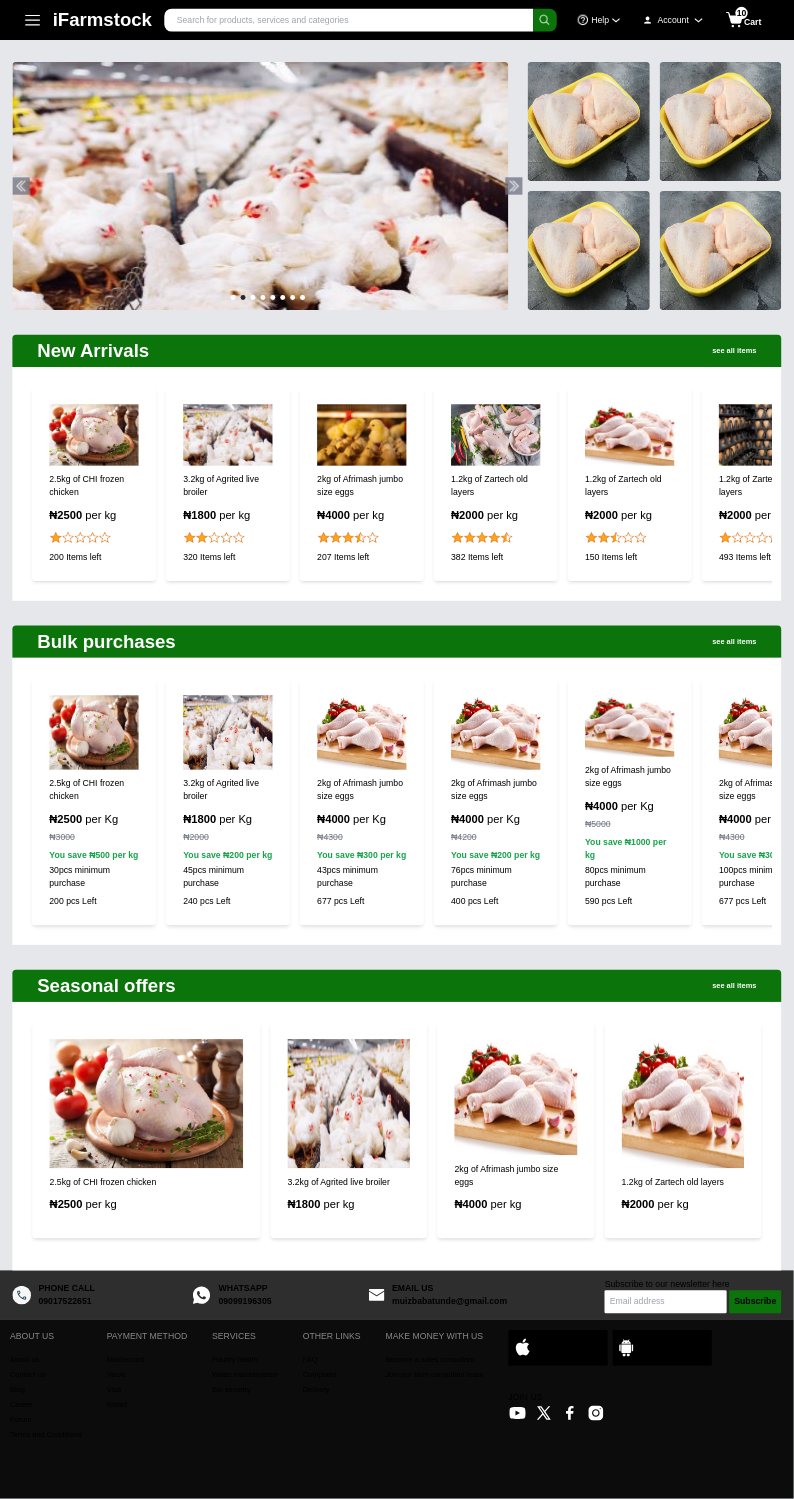
Repository: IssaMuiz/ifarmstock
Page: /
An editor plug-in stored every save of this project. The page is shown before and after the next save, followed by the edit.
The browser window is 1280 px wide. The pictures show the whole page, at 62% of full size.
The project was rebuilt for these pictures with package versions that can differ from the ones it lists, and the page was loaded fresh each time. The framework's server and built-in components were replaced by stand-ins that run in the browser. Also part of the build but not shown: next.config.mjs.

Above is the page before, as saved 2024-09-04 06:37:09.

After the next save:
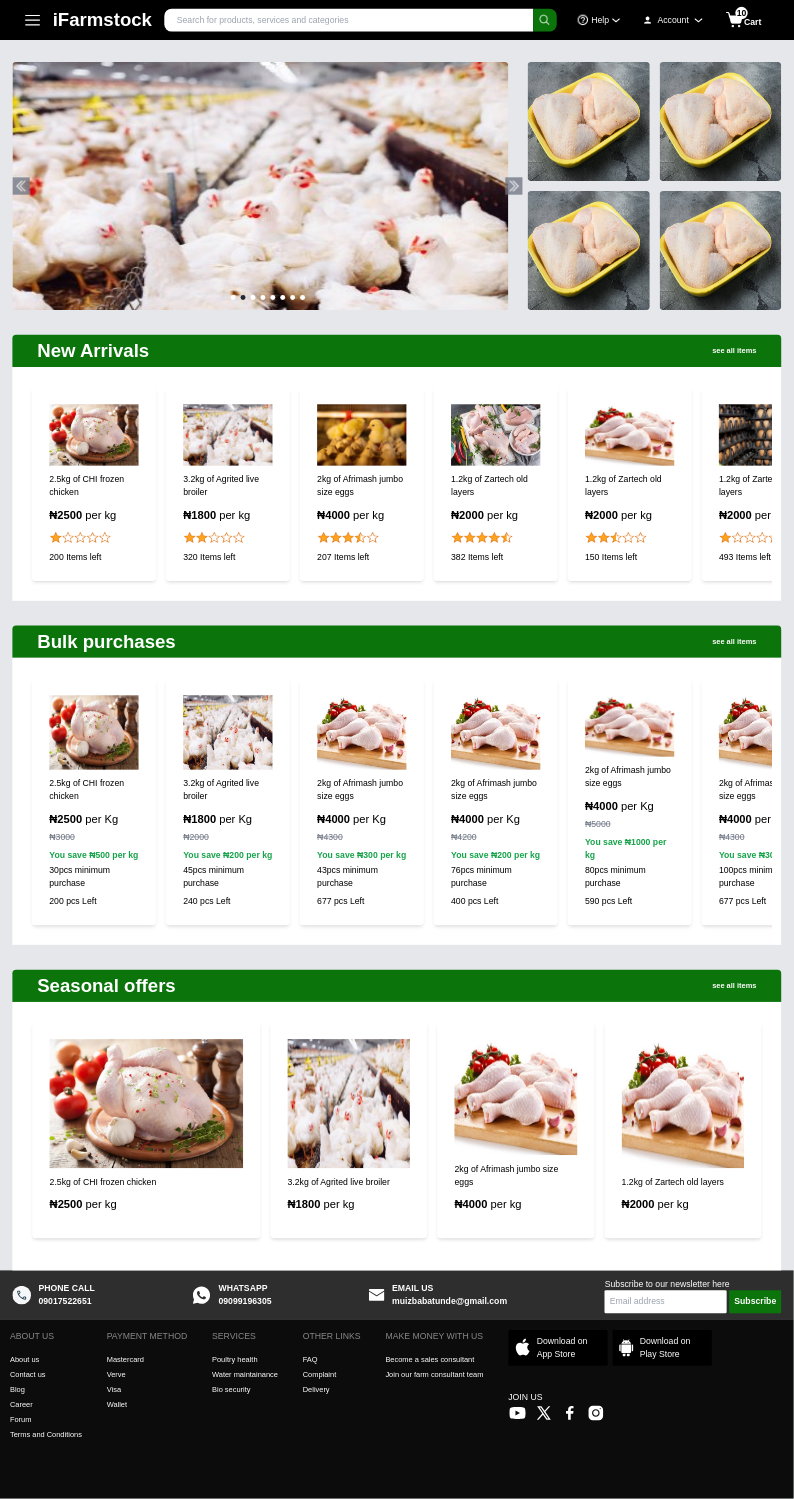
Saved 102 s later.
--- a/components/footer.tsx
+++ b/components/footer.tsx
@@ -3,7 +3,7 @@ import Link from "next/link";
 const Footer = () => {
   return (
     <footer>
-      <div className=" mobile:hidden tablet:flex flex-col w-full">
+      <div className=" mobile:hidden tablet:flex flex-col text w-full">
         <div className=" bg-[#2e2e2e] flex justify-between gap-4 h-20 items-center px-5 w-full">
           <div className="flex gap-3 items-center cursor-pointer hover:text-[#8a8888] font-semibold">
             <svg
